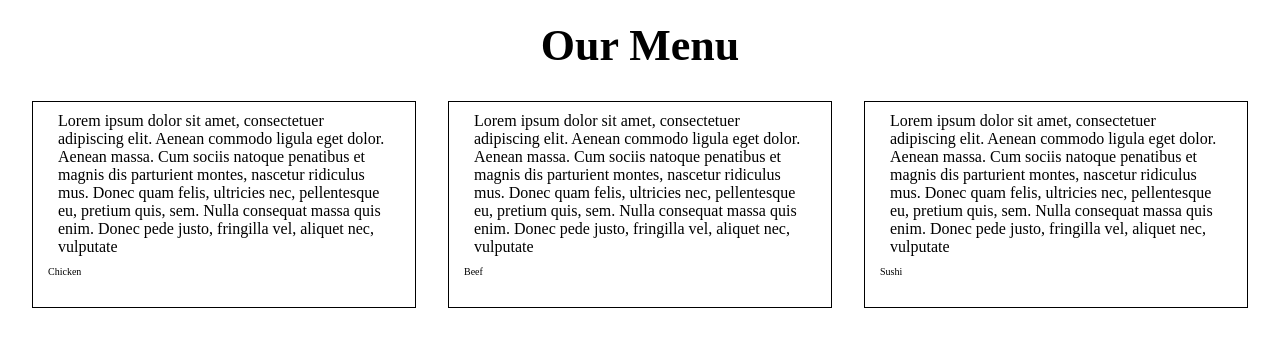
Repository: Normandy72/module2-solution
Page: index.html
The author's editor kept a copy of each file at every save. The page is drawn from the files as they stood at one save, then again after the next save.
The browser window is 1280 px wide. The pictures show the whole page.
Some web fonts or font styles are not loaded; a fallback is used.

Above is the page before, as saved 2022-12-05 15:04:20.

### index.html
<!DOCTYPE html>
<html lang="en">
<head>
    <meta charset="UTF-8">
    <meta http-equiv="X-UA-Compatible" content="IE=edge">
    <meta name="viewport" content="width=device-width, initial-scale=1.0">
    <title>Our menu</title>
    <link href="https://fonts.googleapis.com/css2?family=Comic+Neue:ital,wght@0,300;0,400;0,700;1,300;1,400;1,700&family=Roboto:ital,wght@0,100;0,300;0,400;0,500;0,700;0,900;1,100;1,300;1,400;1,500;1,700;1,900&display=swap" rel="stylesheet">
    <link rel="stylesheet" href="styles/style.css">
</head>
<body>
    <h1>Our Menu</h1>
    <div class="wrapper">
        <div class="card">
            <p class="card__text">Lorem ipsum dolor sit amet, consectetuer adipiscing elit. Aenean commodo ligula eget dolor. Aenean massa. Cum sociis natoque penatibus et magnis dis parturient montes, nascetur ridiculus mus. Donec quam felis, ultricies nec, pellentesque eu, pretium quis, sem. Nulla consequat massa quis enim. Donec pede justo, fringilla vel, aliquet nec, vulputate</p>
            <div class="card__name">Chicken</div>
        </div>
        <div class="card">
            <p class="card__text">Lorem ipsum dolor sit amet, consectetuer adipiscing elit. Aenean commodo ligula eget dolor. Aenean massa. Cum sociis natoque penatibus et magnis dis parturient montes, nascetur ridiculus mus. Donec quam felis, ultricies nec, pellentesque eu, pretium quis, sem. Nulla consequat massa quis enim. Donec pede justo, fringilla vel, aliquet nec, vulputate</p>
            <div class="card__name">Beef</div>
        </div>
        <div class="card">
            <p class="card__text">Lorem ipsum dolor sit amet, consectetuer adipiscing elit. Aenean commodo ligula eget dolor. Aenean massa. Cum sociis natoque penatibus et magnis dis parturient montes, nascetur ridiculus mus. Donec quam felis, ultricies nec, pellentesque eu, pretium quis, sem. Nulla consequat massa quis enim. Donec pede justo, fringilla vel, aliquet nec, vulputate</p>
            <div class="card__name">Sushi</div>
        </div>
    </div>
</body>
</html>

### styles/style.css
*{
    font-family: 'Comic Neue', cursive;
    font-size: 10px;

    margin: 0;
    padding: 0;
    box-sizing: border-box;
}

h1{
    font-size: 4.4rem;
    text-align: center;

    padding-top: 20px;
    padding-bottom: 30px;
}

.wrapper{
    display: flex;
    justify-content: space-evenly;
}

.card{
    width: 30%;
    padding: 0 15px 30px;
    position: relative;
    border: 1px solid black;
}

.card__text{
    font-size: 1.6rem;
    padding: 10px;
}

After the next save:
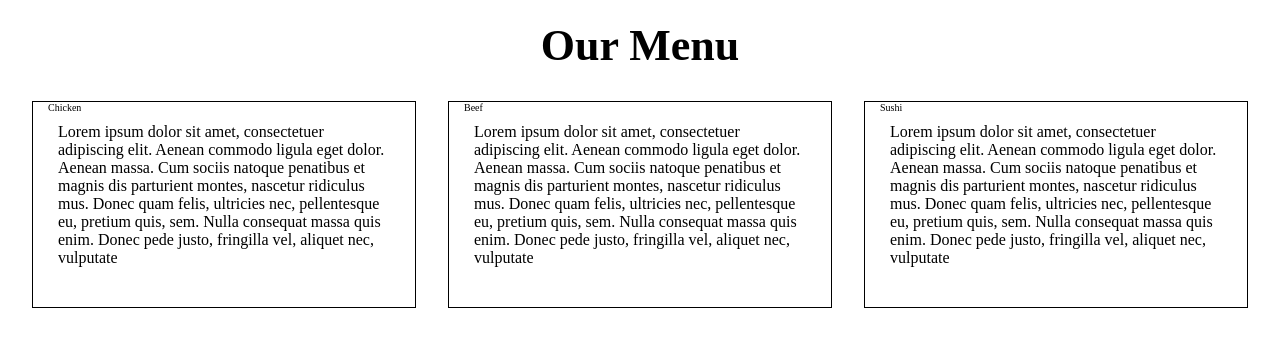
Saved 45 s later.
--- a/index.html
+++ b/index.html
@@ -12,16 +12,16 @@
     <h1>Our Menu</h1>
     <div class="wrapper">
         <div class="card">
+            <div class="card__name">Chicken</div>
             <p class="card__text">Lorem ipsum dolor sit amet, consectetuer adipiscing elit. Aenean commodo ligula eget dolor. Aenean massa. Cum sociis natoque penatibus et magnis dis parturient montes, nascetur ridiculus mus. Donec quam felis, ultricies nec, pellentesque eu, pretium quis, sem. Nulla consequat massa quis enim. Donec pede justo, fringilla vel, aliquet nec, vulputate</p>
-            <div class="card__name">Chicken</div>
         </div>
         <div class="card">
+            <div class="card__name">Beef</div>
             <p class="card__text">Lorem ipsum dolor sit amet, consectetuer adipiscing elit. Aenean commodo ligula eget dolor. Aenean massa. Cum sociis natoque penatibus et magnis dis parturient montes, nascetur ridiculus mus. Donec quam felis, ultricies nec, pellentesque eu, pretium quis, sem. Nulla consequat massa quis enim. Donec pede justo, fringilla vel, aliquet nec, vulputate</p>
-            <div class="card__name">Beef</div>
         </div>
         <div class="card">
+            <div class="card__name">Sushi</div>
             <p class="card__text">Lorem ipsum dolor sit amet, consectetuer adipiscing elit. Aenean commodo ligula eget dolor. Aenean massa. Cum sociis natoque penatibus et magnis dis parturient montes, nascetur ridiculus mus. Donec quam felis, ultricies nec, pellentesque eu, pretium quis, sem. Nulla consequat massa quis enim. Donec pede justo, fringilla vel, aliquet nec, vulputate</p>
-            <div class="card__name">Sushi</div>
         </div>
     </div>
 </body>
